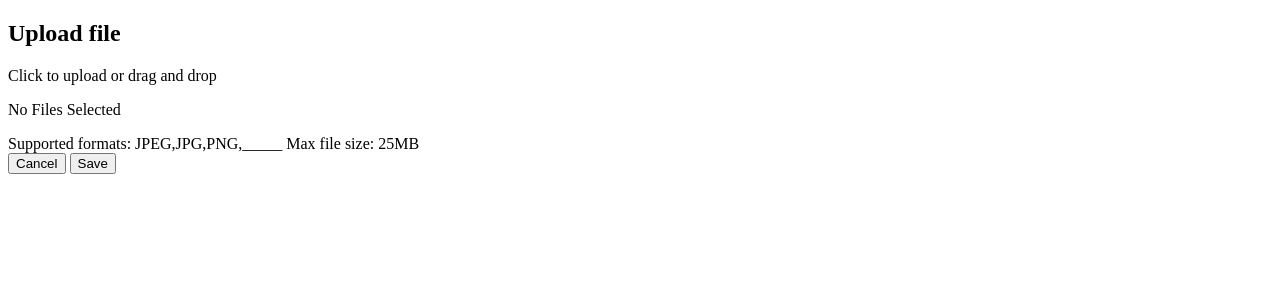
Repository: Injenuity1/file_System_1
Page: index.html
The author's editor kept a copy of each file at every save. The page is drawn from the files as they stood at one save, then again after the next save.
The browser window is 1280 px wide. The pictures show the whole page.

Above is the page before, as saved 2025-02-05 02:07:13.

### index.html
<!DOCTYPE html>
<html lang="en">

<head>
    <meta charset="UTF-8">
    <meta name="viewport" content="width=device-width, initial-scale=1.0">
    <link ref="styles/text" href="styles.css">
    <title>File Uploader</title>
    </link>

    <body>
        <main>
            <form class="dropzone-box">
                <h2>Upload file</h2>
                <p>Click to upload or drag and drop</p>
                <form class="dropzone-area" role="region" aria-live="polite">
                    <label for="upload-file" class="file-load-icon" aria-hidden="true"></label>
                    <div type="file" required multiple id="upload-file" name="uploaded-file" accept="image/*" aria-describedby="file-info">
                        <div id="file-info" class="file-info">
                            <p>No Files Selected</p>
                        </div>
                    </div>
                    <div class="dropzone-description">
                        <span>Supported formats: JPEG,JPG,PNG,_____</span>
                        <span>Max file size: 25MB</span>
                    </div>
                    <div class="dropzone-actions">
                        <div class="dropzone-help">
                        </div>
                        <div class="action-buttons">
                            <button type="reset" aria-label="Cancel file Selection">Cancel</button>
                            <button id="submit-button" type="submit" aria-label="Upload Selected files">Save</button>
                        </div>
                    </div>
                    </div>
                </form>
    </body>

</html>

After the next save:
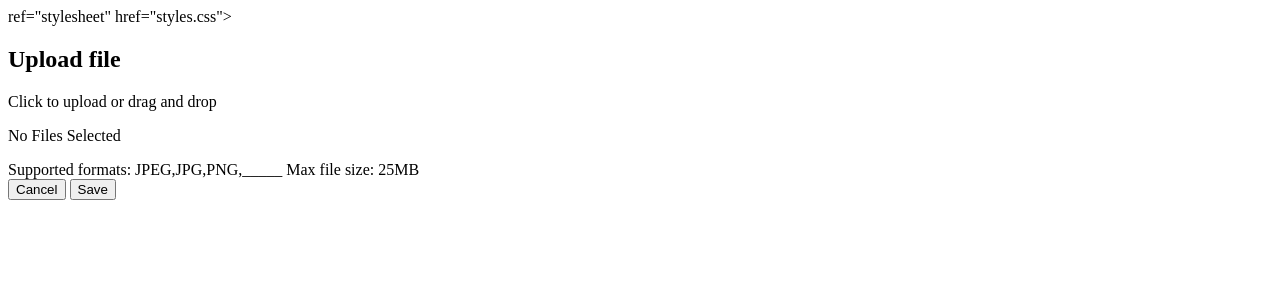
Saved 5 min 28 s later.
--- a/index.html
+++ b/index.html
@@ -4,36 +4,37 @@
 <head>
     <meta charset="UTF-8">
     <meta name="viewport" content="width=device-width, initial-scale=1.0">
-    <link ref="styles/text" href="styles.css">
     <title>File Uploader</title>
-    </link>
+    <link rel="" type="" href=""> ref="stylesheet" href="styles.css">
 
-    <body>
-        <main>
-            <form class="dropzone-box">
-                <h2>Upload file</h2>
-                <p>Click to upload or drag and drop</p>
-                <form class="dropzone-area" role="region" aria-live="polite">
-                    <label for="upload-file" class="file-load-icon" aria-hidden="true"></label>
-                    <div type="file" required multiple id="upload-file" name="uploaded-file" accept="image/*" aria-describedby="file-info">
-                        <div id="file-info" class="file-info">
-                            <p>No Files Selected</p>
-                        </div>
+</head>
+
+<body>
+    <main>
+        <form class="dropzone-box">
+            <h2>Upload file</h2>
+            <p>Click to upload or drag and drop</p>
+            <div class="dropzone-area" role="region" aria-live="polite">
+                <label for="upload-file" class="file-load-icon" aria-hidden="true"></label>
+                <div type="file" required multiple id="upload-file" name="uploaded-file" accept="image/*" aria-describedby="file-info">
+                    <div id="file-info" class="file-info">
+                        <p>No Files Selected</p>
                     </div>
-                    <div class="dropzone-description">
-                        <span>Supported formats: JPEG,JPG,PNG,_____</span>
-                        <span>Max file size: 25MB</span>
+                </div>
+                <div class="dropzone-description">
+                    <span>Supported formats: JPEG,JPG,PNG,_____</span>
+                    <span>Max file size: 25MB</span>
+                </div>
+                <div class="dropzone-actions">
+                    <div class="dropzone-help">
                     </div>
-                    <div class="dropzone-actions">
-                        <div class="dropzone-help">
-                        </div>
-                        <div class="action-buttons">
-                            <button type="reset" aria-label="Cancel file Selection">Cancel</button>
-                            <button id="submit-button" type="submit" aria-label="Upload Selected files">Save</button>
-                        </div>
+                    <div class="action-buttons">
+                        <button type="reset" aria-label="Cancel file Selection">Cancel</button>
+                        <button id="submit-button" type="submit" aria-label="Upload Selected files">Save</button>
                     </div>
-                    </div>
+                </div>
                 </form>
-    </body>
+            </form>
+</body>
 
 </html>

After the save that followed:
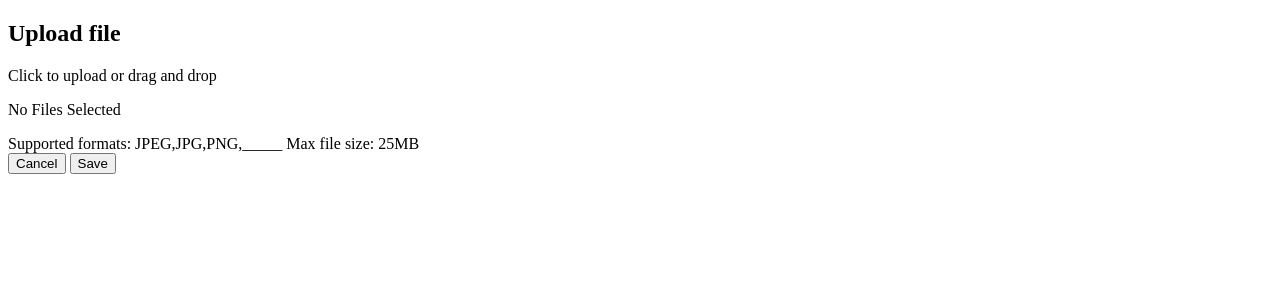
Saved 107 s later.
--- a/index.html
+++ b/index.html
@@ -1,20 +1,20 @@
 <!DOCTYPE html>
 <html lang="en">
 
-<head>
-    <meta charset="UTF-8">
-    <meta name="viewport" content="width=device-width, initial-scale=1.0">
-    <title>File Uploader</title>
-    <link rel="" type="" href=""> ref="stylesheet" href="styles.css">
+<link>
+<meta charset="UTF-8">
+<meta name="viewport" content="width=device-width, initial-scale=1.0">
+<title>File Uploader</title>
+<link ref="stylesheet" href="styles.css">
 
-</head>
+</link>
 
 <body>
     <main>
         <form class="dropzone-box">
             <h2>Upload file</h2>
             <p>Click to upload or drag and drop</p>
-            <div class="dropzone-area" role="region" aria-live="polite">
+            <form class="dropzone-area" role="region" aria-live="polite">
                 <label for="upload-file" class="file-load-icon" aria-hidden="true"></label>
                 <div type="file" required multiple id="upload-file" name="uploaded-file" accept="image/*" aria-describedby="file-info">
                     <div id="file-info" class="file-info">
@@ -33,7 +33,7 @@
                         <button id="submit-button" type="submit" aria-label="Upload Selected files">Save</button>
                     </div>
                 </div>
-                </form>
+                </div>
             </form>
 </body>
 
